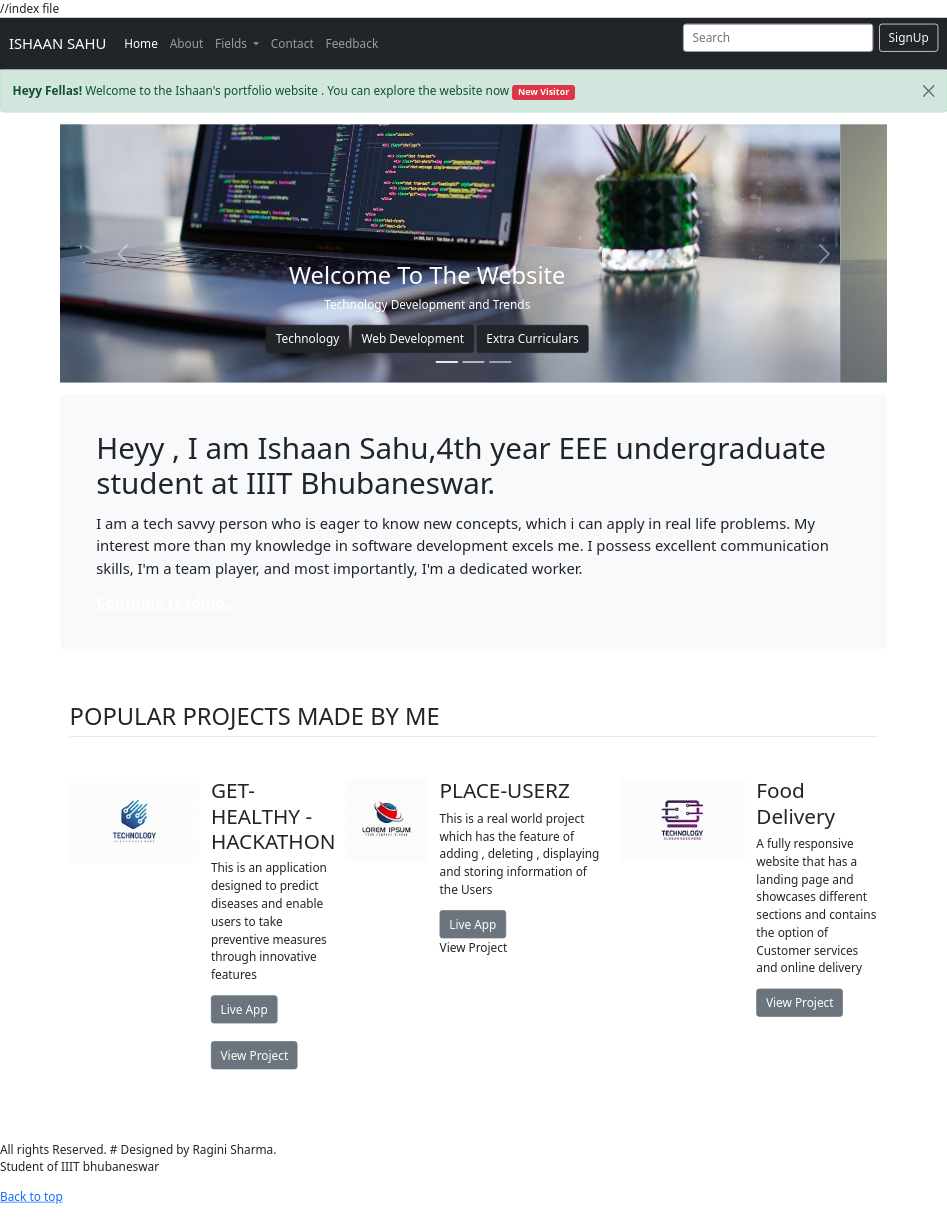
Repository: ishaan51551/Ishaan-s-Portfolio-
Page: index.html
An editor plug-in stored every save of this project. The page is shown before and after the next save, followed by the edit.
The browser window is 1280 px wide. The pictures show the whole page, at 74% of full size.

Above is the page before, as saved 2023-09-13 01:36:19.

### index.html
//index file

</body>

</html>

<!doctype html>
<html lang="en">

<head>
  <!-- Required meta tags -->
  <meta charset="utf-8">
  <meta name="viewport" content="width=device-width, initial-scale=1">

  <!-- Bootstrap CSS -->
  <link href="https://cdn.jsdelivr.net/npm/bootstrap@5.1.1/dist/css/bootstrap.min.css" rel="stylesheet"
    integrity="sha384-F3w7mX95PdgyTmZZMECAngseQB83DfGTowi0iMjiWaeVhAn4FJkqJByhZMI3AhiU" crossorigin="anonymous">

  <title>Ishaan Sahu Portfolio</title>
</head>

<body>
  <!-- FOR NAVBAR -->
  <nav class="navbar navbar-expand-lg navbar-dark bg-dark">
    <div class="container-fluid">
      <a class="navbar-brand" href="#">ISHAAN SAHU </a>
      <button class="navbar-toggler" type="button" data-bs-toggle="collapse" data-bs-target="#navbarSupportedContent"
        aria-controls="navbarSupportedContent" aria-expanded="false" aria-label="Toggle navigation">
        <span class="navbar-toggler-icon"></span>
      </button>
      <div class="collapse navbar-collapse" id="navbarSupportedContent">
        <ul class="navbar-nav me-auto mb-2 mb-lg-0">
          <li class="nav-item">
            <a class="nav-link active" aria-current="page" href="#">Home</a>
          </li>
          <li class="nav-item">
            <a class="nav-link" href="/about.html">About</a>
          </li>
          <li class="nav-item dropdown">
            <a class="nav-link dropdown-toggle" href="#" id="navbarDropdown" role="button" data-bs-toggle="dropdown"
              aria-expanded="false">
              Fields
            </a>
            <ul class="dropdown-menu" aria-labelledby="navbarDropdown">
              <li><a class="dropdown-item" href="programming.html">Programming</a></li>
              <li><a class="dropdown-item" href="webdev.html">Web Devlopment</a></li>
              <li>
                <hr class="dropdown-divider">
              </li>
              <li><a class="dropdown-item" href="extracurricular.html">Extra Curricular</a></li>
            </ul>
          </li>
          <li class="nav-item">
            <a class="nav-link " aria-current="page" href="contact.html">Contact</a>
          </li>

          <li class="nav-item">
            <a class="nav-link" href="feedback.html">Feedback</a>

          </li>

        </ul>
        <form class="d-flex">
          <input class="form-control me-2" type="search" placeholder="Search" aria-label="Search">
          <button class="btn btn-outline-light" type="submit" data-bs-toggle="modal"
            data-bs-target="#SignUpModal">SignUp</button>


        </form>
      </div>
    </div>
  </nav>





  <!-- Optional JavaScript; choose one of the two! -->

  <!-- Option 1: Bootstrap Bundle with Popper -->
  <script src="https://cdn.jsdelivr.net/npm/bootstrap@5.1.1/dist/js/bootstrap.bundle.min.js"
    integrity="sha384-/bQdsTh/da6pkI1MST/rWKFNjaCP5gBSY4sEBT38Q/9RBh9AH40zEOg7Hlq2THRZ"
    crossorigin="anonymous"></script>

  <!-- Option 2: Separate Popper and Bootstrap JS -->
  <!--
    <script src="https://cdn.jsdelivr.net/npm/@popperjs/core@2.9.3/dist/umd/popper.min.js" integrity="sha384-W8fXfP3gkOKtndU4JGtKDvXbO53Wy8SZCQHczT5FMiiqmQfUpWbYdTil/SxwZgAN" crossorigin="anonymous"></script>
    <script src="https://cdn.jsdelivr.net/npm/bootstrap@5.1.1/dist/js/bootstrap.min.js" integrity="sha384-skAcpIdS7UcVUC05LJ9Dxay8AXcDYfBJqt1CJ85S/CFujBsIzCIv+l9liuYLaMQ/" crossorigin="anonymous"></script>
    -->


  <!-- Button trigger modal -->
  <!-- <button type="button" class="btn btn-primary" data-bs-toggle="modal" data-bs-target="#signUp Modal">
    Launch demo modal
  </button>  -->





  <!-- FOR DISMISSING ALERT  -->
  <div class="alert alert-success alert-dismissible fade show" role="alert">
    <strong>Heyy Fellas!</strong> Welcome to the Ishaan's portfolio website . You can explore the website now
    <!--for including badge--><span class="badge bg-danger">New Visitor</span>
    <button type="button" class="btn-close" data-bs-dismiss="alert" aria-label="Close"></button>
  </div>


  <!-- FOR BACKGROUND SLIDER PICTURE -->
  <div class="container my-2">
    <div id="carouselExampleCaptions" class="carousel slide carousal-fade" data-bs-ride="carousel">
      <div class="carousel-indicators">
        <button type="button" data-bs-target="#carouselExampleCaptions" data-bs-slide-to="0" class="active"
          aria-current="true" aria-label="Slide 1"></button>
        <button type="button" data-bs-target="#carouselExampleCaptions" data-bs-slide-to="1"
          aria-label="Slide 2"></button>
        <button type="button" data-bs-target="#carouselExampleCaptions" data-bs-slide-to="2"
          aria-label="Slide 3"></button>
      </div>
      <div class="carousel-inner">
        <div class="carousel-item active">
          <img src="2.jpg" class="d-block w-100" alt="...">
          <div class="carousel-caption d-none d-md-block">
            <h2>Welcome To The Website</h2>
            <p>Technology Development and Trends</p>
            <button class="btn btn-dark">Technology</button>
            <button class="btn btn-dark">Web Development</button>
            <button class="btn btn-dark">Extra Curriculars</button>
          </div>
        </div>
        <div class="carousel-item">
          <img src="1.jpg" class="d-block w-100" alt="...">
          <div class="carousel-caption d-none d-md-block">
            <h2>Explore More On The Website</h2>
            <p>Technology Development and Trends</p>
            <button class="btn btn-dark">Programming</button>
            <button class="btn btn-dark">Web Development</button>
            <button class="btn btn-dark">Extra Curriculars</button>
          </div>
        </div>
        <div class="carousel-item">
          <img src="3.jpg" class="d-block w-100" alt="...">
          <div class="carousel-caption d-none d-md-block">
            <h2>Know More About Ishaan</h2>
            <p>Technology Development and Trends</p>
            <button class="btn btn-dark">Technology</button>
            <button class="btn btn-dark">Web Development</button>
            <button class="btn btn-dark">Extra Curriculars</button>
          </div>
        </div>
      </div>
      <button class="carousel-control-prev" type="button" data-bs-target="#carouselExampleCaptions"
        data-bs-slide="prev">
        <span class="carousel-control-prev-icon" aria-hidden="true"></span>
        <span class="visually-hidden">Previous</span>
      </button>
      <button class="carousel-control-next" type="button" data-bs-target="#carouselExampleCaptions"
        data-bs-slide="next">
        <span class="carousel-control-next-icon" aria-hidden="true"></span>
        <span class="visually-hidden">Next</span>
      </button>
    </div>
  </div>


  <!-- TEXT WRITTEN -->
  <div class="container my-3 ml-auto mr-auto mx-auto">
    <div class="p-4 p-md-5 mb-4 text-dark rounded bg-light">
      <div class="col-md-0 px-0">
        <h1 class="display-8 ">Heyy , I am Ishaan Sahu,4th year EEE undergraduate student at IIIT Bhubaneswar.</h1>
        <p class="lead my-3">I am a tech savvy person who is eager to
          know new concepts, which i can apply in
          real life problems. My interest more than
          my knowledge in software development
          excels me. I possess excellent communication skills, I'm a team player, and most importantly, I'm a dedicated
          worker.</p>
        <p class="lead mb-0"><a href="#" class="text-white fw-bold">Continue reading...</a></p>
      </div>
    </div>
  </div>



  <!-- PROJECTS -->

  <div class="container px-4 py-5" id="hanging-icons">
    <h2 class="pb-2 border-bottom"> POPULAR PROJECTS MADE BY ME </h2>
    <div class="row g-4 py-5 row-cols-1 row-cols-lg-3">
      <div class="col d-flex align-items-start">
        <div class="icon-square bg-light text-dark flex-shrink-0 me-3">
          <img src="bg1.jfif" href="#">

        </div>
        <div>
          <h3>GET-HEALTHY - HACKATHON </h3>
          <p>This is an application designed to predict diseases and enable users to take preventive measures through
            innovative features</p>
          <a href="https://main--jolly-bublanina-f06289.netlify.app" class="btn btn-secondary">
            Live App
          </a>
          <br>
          <br>
          <a href="https://github.com/ishaan51551/Get-Healthy.git" class="btn btn-secondary">
            View Project
          </a>
        </div>
      </div>
      <div class="col d-flex align-items-start">
        <div class="icon-square bg-light text-dark flex-shrink-0 me-3">
          <img src="bg3.jfif" href="#">
        </div>
        <div>
          <h3>PLACE-USERZ</h3>
          <p>This is a real world project which has the feature of adding , deleting , displaying and storing
            information of the Users</p>
          <a href="https://willowy-rabanadas-835b18.netlify.app" class="btn btn-secondary">
            Live App
          </a>
          <br
          <a href="https://github.com/ishaan51551/Place-Userz-App.git" class="btn btn-secondary">
            View Project
          </a>
        </div>
      </div>
      <div class="col d-flex align-items-start">
        <div class="icon-square bg-light text-dark flex-shrink-0 me-3">
          <img src="bg4.jfif" href="#">
        </div>
        <div>
          <h3>Food Delivery</h3>
          <p>A fully responsive website that has a landing page and showcases different sections and contains the option
            of Customer services and online delivery </p>
          <a href="https://ragini-sharma21.github.io/online-food-delivery-website/" class="btn btn-secondary">
            View Project
          </a>
        </div>
      </div>
    </div>
  </div>
  </div>

  <!-- FOOTER -->
  <footer class="blog-footer">
    <p>All rights Reserved. # Designed by Ragini Sharma.</br>
      Student of IIIT bhubaneswar</p>
    <p>
      <a href="#">Back to top</a>
    </p>
  </footer>
</body>

</html>

After the next save:
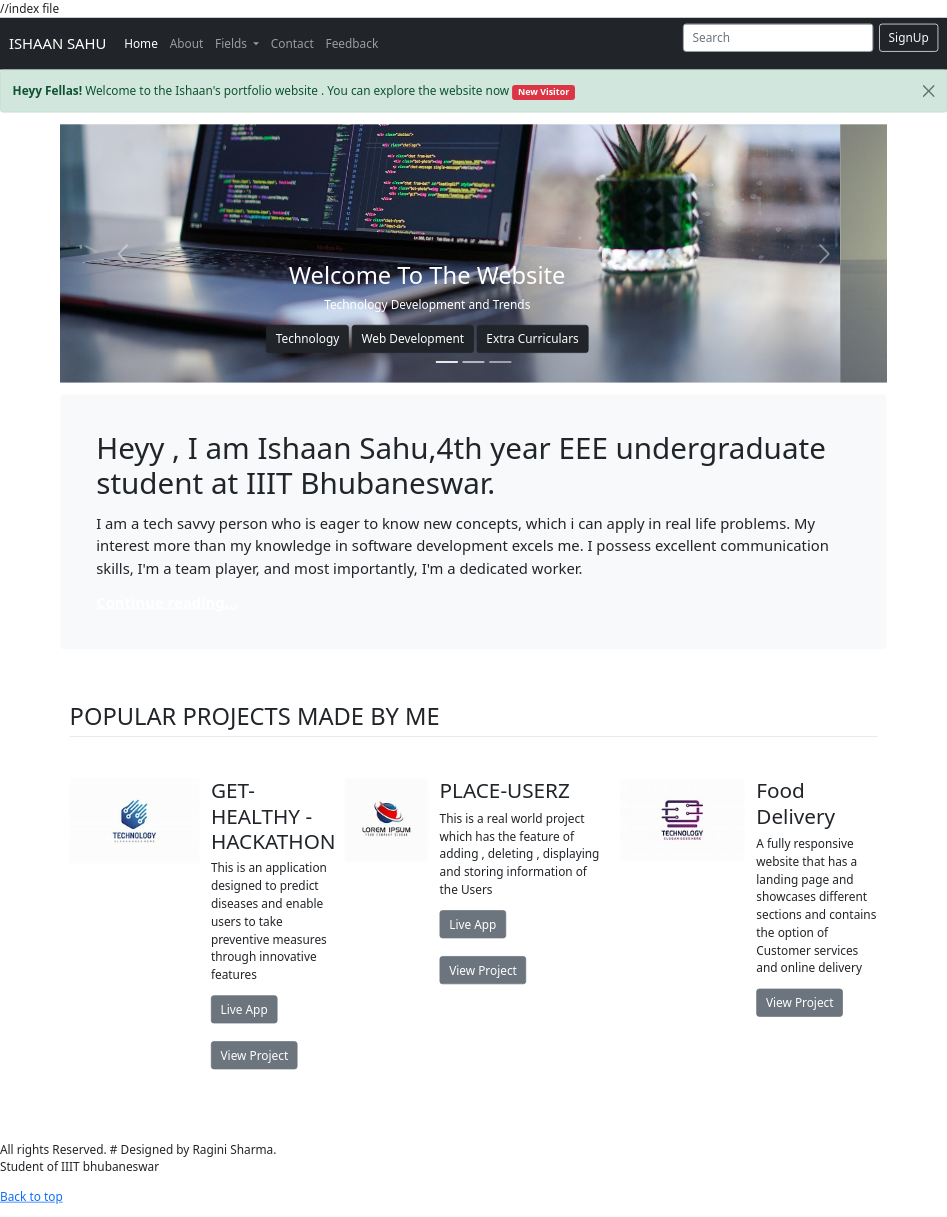
Saved 5 s later.
--- a/index.html
+++ b/index.html
@@ -216,7 +216,8 @@
           <a href="https://willowy-rabanadas-835b18.netlify.app" class="btn btn-secondary">
             Live App
           </a>
-          <br
+          <br>
+          <br>
           <a href="https://github.com/ishaan51551/Place-Userz-App.git" class="btn btn-secondary">
             View Project
           </a>
